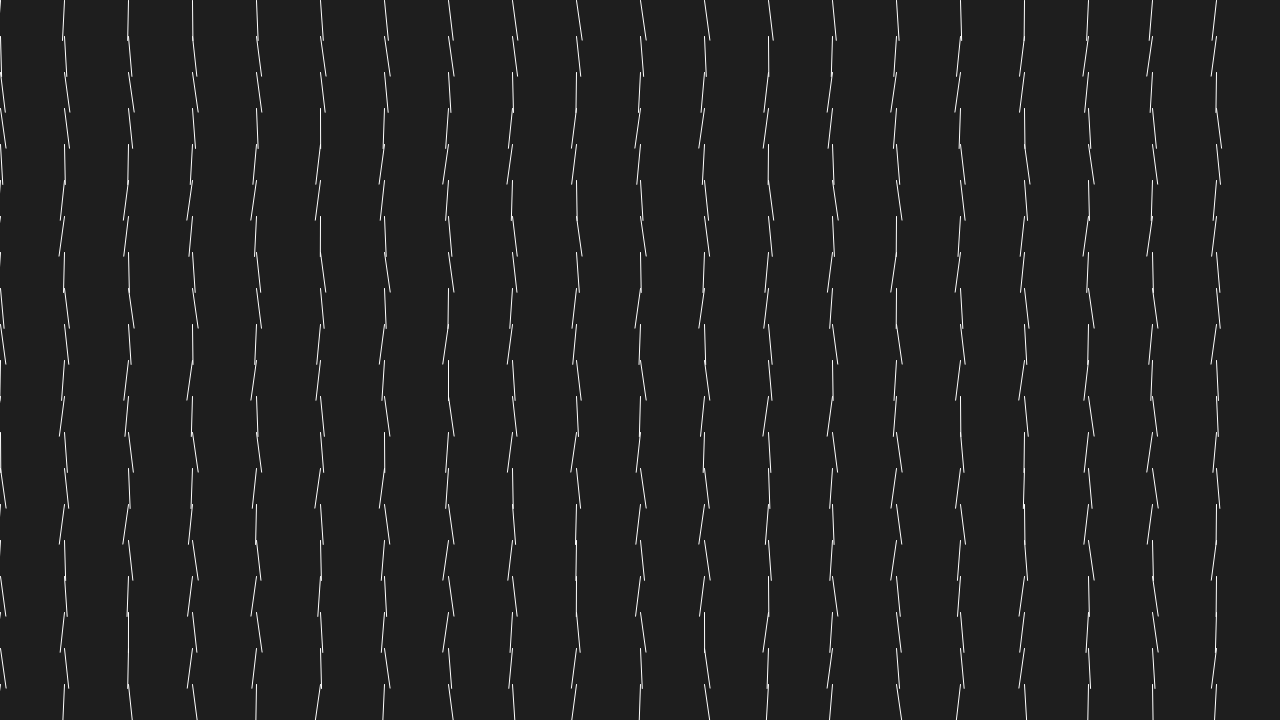
Repository: dylanreimer/electrocrafting
Page: projects/pendulum/index.html
These files come from the project's save history. The page is drawn as it stood at one moment and after the next save; the edit follows.
The browser window is 1280 px wide. The pictures show the whole page.

Above is the page before, as saved 2021-10-19 01:16:31.

### projects/pendulum/index.html
<!DOCTYPE html>
<html lang="en">
  <head>
    <meta charset="UTF-8" />
    <meta http-equiv="X-UA-Compatible" content="IE=edge" />
    <meta name="viewport" content="width=device-width, initial-scale=1.0" />
    <style>
      body {
      padding: 0;
      margin: 0;
    }
    </style>
    <title>pendulum</title>
      <script src="libs/p5.js"></script>
      <script src="libs/p5.dom.min.js"></script>
      <script src="libs/p5.sound.min.js"></script>
    </head>
  <body>
    <script src="sketch.js"></script>
    <script src="pendulum.js"></script>
  </body>
</html>

### projects/pendulum/sketch.js
const canvasWidth = window.innerWidth;
const canvasHeight = window.innerHeight;

let pendulums = [];

let cols = 20, rows = 20;


function preload() {

}

function setup() {
    createCanvas(canvasWidth, canvasHeight);

    pendulums = make2d(cols, rows);

    for(let i = 0; i < cols; i++) {
        for(let j = 0; j < rows; j++) {

          const xangle = map(mouseX, 0, width, -TWO_PI, TWO_PI);
          const yangle = map(mouseY, 0, height, -TWO_PI, TWO_PI);

          angle = (xangle * (i / width)*4) + (yangle * (j / height)*8);

          //console.log(angle);
          c = map(angle, -2, 2, 0, 50);

          pendulums[i][j] = new Pendulum(i*(canvasWidth/cols), j*(canvasHeight/rows), c/0.8);
        }
    }
}



function draw() {
    background(30);

    for(let i =0; i < cols; i++){
        for(let j = 0; j < rows; j++) {
            pendulums[i][j].render();
            pendulums[i][j].update();
        }
    }
}



function make2d(cols, rows) {
    let array = new Array(cols);
    for (let i = 0; i < array.length; i++) {
        array[i] = new Array(rows);
    }
    return array
}

### projects/pendulum/pendulum.js
class Pendulum {
    constructor(x, y, size, radius=40, velocity=0.01, color=[255, 255, 255]) {
        this.origin = {x: x, y: y};
        this.center = {x: x, y: y};
        this.lineStart = {x: x, y: y};
        this.size = size;
        this.swingRadius = radius;
        this.color = color;
        this.angle = PI/2;
        this.gravity = 0.7;
        this.damping = 0.9995;
        this.accel = 0;
        this.velocity = velocity;
    };

    update() {
        this.updateAngle();
        this.updatePosition();
    };

    render() {
        this.renderArm();
        this.renderWeight();
    };

    updateAngle() {
        this.accel = (-1 * this.gravity/this.size) * sin(this.angle);
        this.velocity += this.accel;
        this.velocity *= this.damping;
        this.angle += this.velocity;

        this.damping -= 0.0001
    };

    updatePosition() {
        this.center.x = sin(this.angle) * this.swingRadius + this.origin.x;
        this.center.y = cos(this.angle) * this.swingRadius + this.origin.y;
    };

    renderArm() {
        stroke(255);
        line(this.center.x, this.center.y, this.lineStart.x, this.lineStart.y);
    }

    renderWeight() {
        fill(this.color);
        ellipse(this.center.x, this.center.y, this.size);
    }


}

Loaded but not shown: projects/aframe/libraries/p5.js (library); projects/pendulum/libs/p5.dom.min.js (library); projects/pendulum/libs/p5.sound.min.js (library)

After the next save:
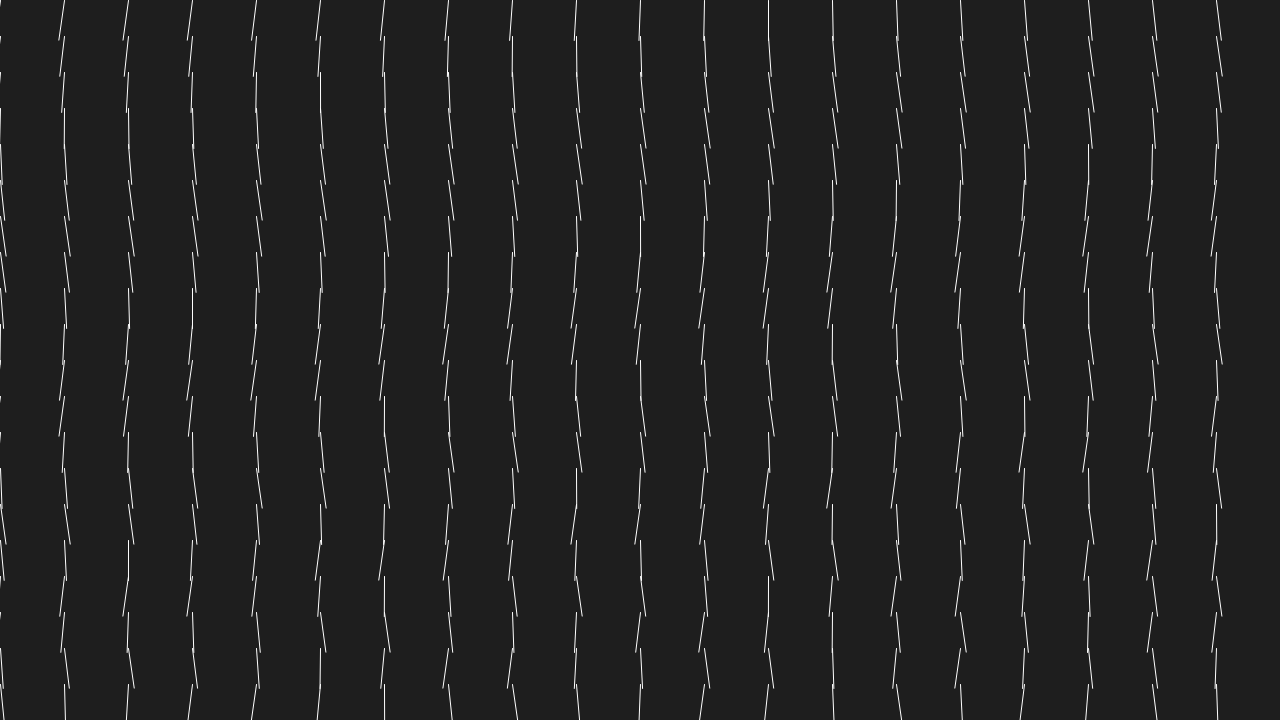
Saved 5 s later.
--- a/projects/pendulum/pendulum.js
+++ b/projects/pendulum/pendulum.js
@@ -7,7 +7,7 @@
         this.swingRadius = radius;
         this.color = color;
         this.angle = PI/2;
-        this.gravity = 0.7;
+        this.gravity = 0.2;
         this.damping = 0.9995;
         this.accel = 0;
         this.velocity = velocity;
